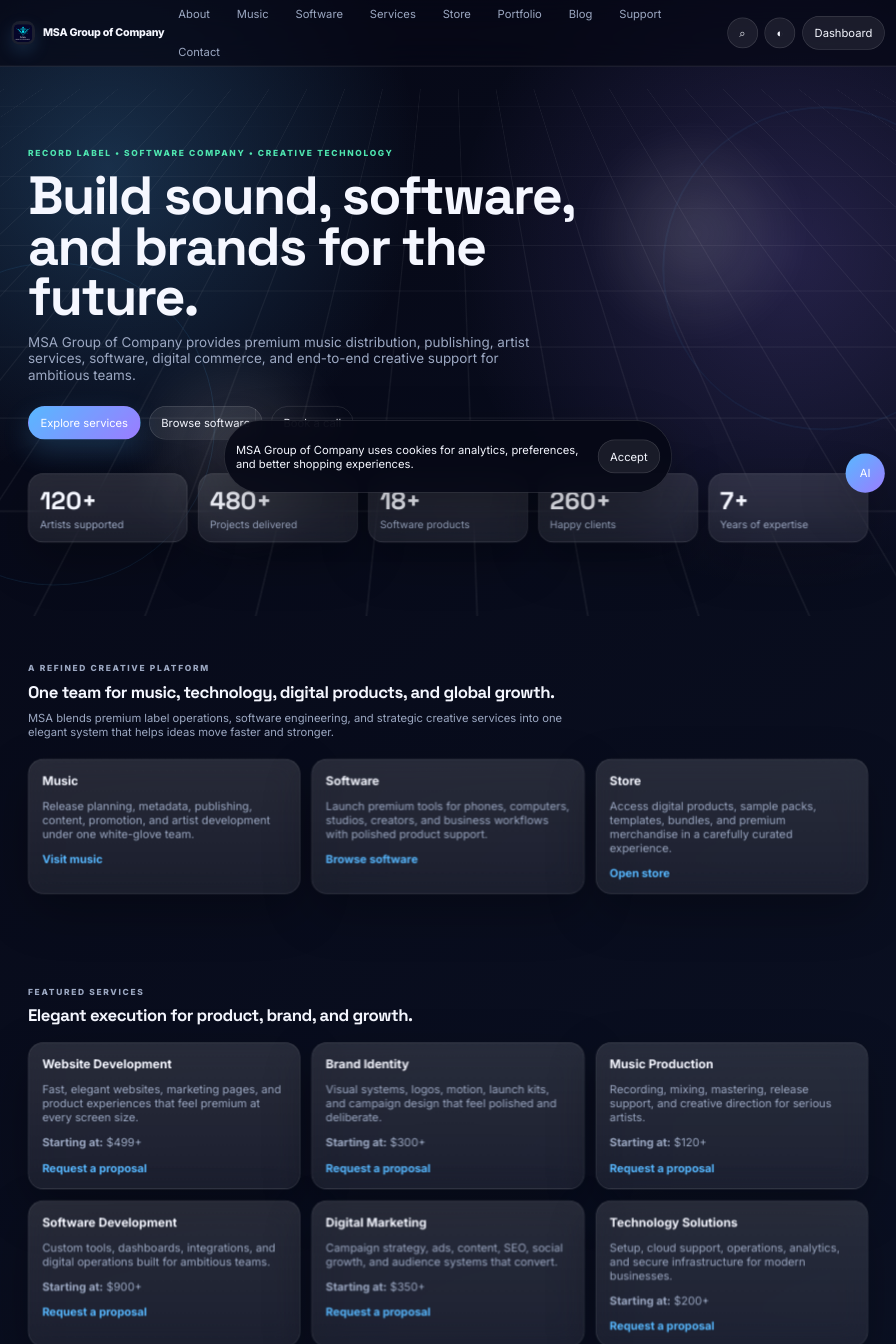
Repository: wifiasert/MSA-Group-of-Company
Page: index.html
These files come from the project's save history. The page is drawn as it stood at one moment and after the next save; the edit follows.
The browser window is 1280 px wide. The pictures show the part of the page from y = 0 to 1920 px (the page is 3009 px tall), at 70% of full size.

Above is the page before, as saved 2026-07-10 03:03:48.

### index.html
<!doctype html>
<html lang="en">
<head>
  <meta charset="utf-8">
  <meta name="viewport" content="width=device-width, initial-scale=1">
  <title>MSA Group of Company | Premium Music, Software & Creative Technology</title>
  <meta name="description" content="MSA Group of Company delivers premium music services, software products, creative production and technology solutions for artists and modern businesses.">
  <meta name="theme-color" content="#060816">
  <meta property="og:title" content="MSA Group of Company">
  <meta property="og:description" content="A futuristic platform for music, software, design and digital growth.">
  <meta property="og:type" content="website">
  <meta property="og:image" content="/assets/og-preview.svg">
  <link rel="manifest" href="/manifest.webmanifest">
  <link rel="icon" href="/assets/favicon.svg" type="image/svg+xml">
  <link rel="preconnect" href="https://fonts.googleapis.com">
  <link rel="preconnect" href="https://fonts.gstatic.com" crossorigin>
  <link href="https://fonts.googleapis.com/css2?family=Inter:wght@400;500;600;700;800;900&family=Space+Grotesk:wght@500;600;700&display=swap" rel="stylesheet">
  <link rel="stylesheet" href="/styles.css">
</head>
<body>
  <div class="loader" id="loader"><span>MSA</span></div>
  <a class="skip-link" href="#main">Skip to content</a>
  <header class="site-header">
    <nav class="nav-shell" aria-label="Primary navigation">
      <a class="brand" href="/" aria-label="MSA Group of Company home"><img class="brand-logo" src="/images/logo%20n%20copy.jpg" alt="MSA Group of Company logo"><span class="brand-text">MSA Group of Company</span></a>
      <button class="icon-button nav-toggle" type="button" aria-label="Open navigation" aria-expanded="false">☰</button>
      <div class="nav-links" id="navLinks">
        <div class="nav-item"><a href="/about/">About</a></div>
        <div class="nav-item"><a href="/music/">Music</a><div class="submenu"><a href="/music/record-label/">Record Label</a><a href="/music/distribution/">Distribution</a><a href="/music/publishing/">Publishing</a><a href="/music/artist-services/">Artist Services</a></div></div>
        <div class="nav-item"><a href="/software/">Software</a><div class="submenu"><a href="/software/available/">Available</a><a href="/software/store/">Store</a><a href="/software/coming-soon/">Coming Soon</a></div></div>
        <div class="nav-item"><a href="/services/">Services</a></div>
        <div class="nav-item"><a href="/store/">Store</a></div>
        <div class="nav-item"><a href="/portfolio/">Portfolio</a></div>
        <div class="nav-item"><a href="/blog/">Blog</a></div>
        <div class="nav-item"><a href="/support/">Support</a></div>
        <div class="nav-item"><a href="/contact/">Contact</a></div>
      </div>
      <div class="nav-actions"><button class="icon-button" id="searchOpen" type="button" aria-label="Open search">⌕</button><button class="icon-button" id="themeToggle" type="button" aria-label="Toggle theme">◐</button><a class="pill-button" href="/dashboard/">Dashboard</a></div>
    </nav>
  </header>
  <main id="main">
    <section class="hero">
      <div class="hero-background" aria-hidden="true"><div class="grid-plane"></div><div class="signal signal-a"></div><div class="signal signal-b"></div><div class="orb orb-a"></div><div class="orb orb-b"></div></div>
      <div class="hero-content">
        <p class="eyebrow">Record label • Software company • Creative technology</p>
        <h1>Build sound, software, and brands for the future.</h1>
        <p class="hero-copy">MSA Group of Company provides premium music distribution, publishing, artist services, software, digital commerce, and end-to-end creative support for ambitious teams.</p>
        <div class="hero-actions"><a class="primary-button" href="/services/">Explore services</a><a class="secondary-button" href="/software/">Browse software</a><a class="ghost-button" href="/contact/">Book a call</a></div>
        <div class="counter-grid" aria-label="Company statistics"><div class="glass-panel"><strong data-count="120">0</strong><span>Artists supported</span></div><div class="glass-panel"><strong data-count="480">0</strong><span>Projects delivered</span></div><div class="glass-panel"><strong data-count="18">0</strong><span>Software products</span></div><div class="glass-panel"><strong data-count="260">0</strong><span>Happy clients</span></div><div class="glass-panel"><strong data-count="7">0</strong><span>Years of expertise</span></div></div>
      </div>
    </section>
    <section class="section reveal">
      <div class="section-heading"><p class="eyebrow">A refined creative platform</p><h2>One team for music, technology, digital products, and global growth.</h2><p>MSA blends premium label operations, software engineering, and strategic creative services into one elegant system that helps ideas move faster and stronger.</p></div>
      <div class="card-grid"><article class="glass-card"><h3>Music</h3><p>Release planning, metadata, publishing, content, promotion, and artist development under one white-glove team.</p><a class="inline-link" href="/music/">Visit music</a></article><article class="glass-card"><h3>Software</h3><p>Launch premium tools for phones, computers, studios, creators, and business workflows with polished product support.</p><a class="inline-link" href="/software/">Browse software</a></article><article class="glass-card"><h3>Store</h3><p>Access digital products, sample packs, templates, bundles, and premium merchandise in a carefully curated experience.</p><a class="inline-link" href="/store/">Open store</a></article></div>
    </section>
    <section class="section reveal"><div class="section-heading"><p class="eyebrow">Featured services</p><h2>Elegant execution for product, brand, and growth.</h2></div><div class="card-grid" id="serviceGrid"></div></section>
    <section class="section reveal"><div class="section-heading"><p class="eyebrow">Software launchpad</p><h2>Premium tools that feel polished from first install to daily use.</h2></div><div class="card-grid" id="softwareGrid"></div></section>
    <section class="section reveal"><div class="section-heading"><p class="eyebrow">Client experience</p><h2>Everything you need to submit, shop, manage, and grow in one place.</h2></div><div class="content-grid"><article class="glass-card"><h3>Submit music</h3><p>Share your next release with a professional team that understands global rollout, branding, and audience growth.</p><a class="secondary-button" href="/music/artist-services/">Join the label</a></article><article class="glass-card"><h3>Open a dashboard</h3><p>Manage orders, subscriptions, downloads, ticket support, and account details from a calm and secure panel.</p><a class="secondary-button" href="/dashboard/">Open dashboard</a></article><article class="glass-card"><h3>Stay in the loop</h3><p>Read product updates, music insights, and creative strategy pieces from the MSA editorial desk.</p><a class="secondary-button" href="/blog/">Read blog</a></article></div></section>
  </main>
  <footer class="site-footer">
    <div><a class="brand" href="/" aria-label="MSA Group of Company home"><img class="brand-logo" src="/images/logo%20n%20copy.jpg" alt="MSA Group of Company logo"><span class="brand-text">MSA Group of Company</span></a><p>Music, software, creative production, digital commerce, and technology solutions.</p></div>
    <form class="newsletter" data-form="newsletter"><label>Newsletter<input required type="email" placeholder="Email address"></label><button class="secondary-button" type="submit">Subscribe</button></form>
  </footer>
  <dialog class="modal" id="searchModal"><button class="icon-button close-modal" data-close type="button">×</button><h2>Search MSA Group of Company</h2><input id="siteSearch" placeholder="Search services, products, support, blog..."><div id="searchResults" class="search-results"></div></dialog>
  <div class="chatbot" id="chatbot"><button class="chat-toggle" id="chatToggle" type="button">AI</button><div class="chat-window" aria-live="polite"><strong>MSA AI Support</strong><div id="chatLog"><p>Ask about software, music submissions, orders, or services.</p></div><form id="chatForm"><input id="chatInput" placeholder="Type a question..."><button type="submit">Send</button></form></div></div>
  <div class="cookie" id="cookieBanner"><p>MSA Group of Company uses cookies for analytics, preferences, and better shopping experiences.</p><button class="secondary-button" id="cookieAccept" type="button">Accept</button></div>
  <div class="toast" id="toast" role="status" aria-live="polite"></div>
  <script src="/app.js"></script>
</body>
</html>

### styles.css
:root {
  color-scheme: dark;
  --bg: #060816;
  --bg-2: #0c1327;
  --panel: rgba(255,255,255,.08);
  --panel-strong: rgba(255,255,255,.13);
  --line: rgba(255,255,255,.14);
  --text: #f5f7ff;
  --muted: #9ca8c2;
  --accent: #58b8ff;
  --accent-2: #9b7cff;
  --accent-3: #ff57c4;
  --good: #4fe6b0;
  --shadow: 0 25px 70px rgba(0,0,0,.28);
  --radius: 22px;
  font-family: Inter, ui-sans-serif, system-ui, -apple-system, BlinkMacSystemFont, "Segoe UI", sans-serif;
}
body.light {
  color-scheme: light;
  --bg: #f4f7ff;
  --bg-2: #ffffff;
  --panel: rgba(6,13,31,.06);
  --panel-strong: rgba(6,13,31,.1);
  --line: rgba(6,13,31,.12);
  --text: #07111f;
  --muted: #536274;
  --shadow: 0 24px 70px rgba(11,24,49,.12);
}
* { box-sizing: border-box; }
html { scroll-behavior: smooth; }
body {
  margin: 0;
  min-height: 100vh;
  color: var(--text);
  background:
    radial-gradient(circle at 12% 8%, rgba(88,184,255,.22), transparent 28rem),
    radial-gradient(circle at 88% 12%, rgba(155,124,255,.20), transparent 30rem),
    linear-gradient(145deg, var(--bg), var(--bg-2));
  line-height: 1.6;
}
body, button, input, textarea { font: inherit; }
a { color: inherit; text-decoration: none; }
button { cursor: pointer; }
img { max-width: 100%; display: block; height: auto; }
main { overflow-x: hidden; }
body { overflow-x: hidden; }
:focus-visible { outline: 2px solid var(--accent); outline-offset: 3px; }
.skip-link {
  position: fixed; left: 1rem; top: -4rem; z-index: 200; background: linear-gradient(135deg, var(--accent), var(--accent-2));
  color: white; padding: .75rem 1rem; border-radius: 999px; transition: top .2s ease;
}
.skip-link:focus { top: 1rem; }
.loader {
  position: fixed; inset: 0; z-index: 1000; display: grid; place-items: center; background: rgba(6,8,22,.96); backdrop-filter: blur(18px);
  transition: opacity .45s ease, visibility .45s ease;
}
.loader.hidden { opacity: 0; visibility: hidden; }
.loader span {
  font-family: "Space Grotesk", sans-serif; font-size: clamp(2.2rem, 6vw, 4rem); font-weight: 700;
  background: linear-gradient(135deg, var(--accent), var(--accent-2), var(--accent-3));
  -webkit-background-clip: text; color: transparent;
}
.site-header {
  position: sticky; top: 0; z-index: 200; backdrop-filter: blur(22px); background: rgba(6,8,22,.7); border-bottom: 1px solid var(--line);
}
body.light .site-header { background: rgba(244,247,255,.78); }
.nav-shell {
  width: min(1280px, calc(100% - 2rem)); min-height: 74px; margin: 0 auto; display: flex; align-items: center; gap: 1rem;
}
.brand {
  display: inline-flex; align-items: center; gap: .72rem; font-weight: 800; letter-spacing: -.02em; white-space: nowrap;
}
.brand-logo {
  width: 34px; height: 34px; object-fit: contain; border-radius: 12px; padding: .22rem; background: rgba(255,255,255,.08); box-shadow: 0 10px 24px rgba(88,184,255,.16);
}
.brand-text { line-height: 1.1; font-size: .95rem; }
.nav-links { display: flex; align-items: center; gap: .8rem; margin-left: auto; flex-wrap: wrap; }
.nav-item { position: relative; }
.nav-item > a, .submenu a { display: inline-flex; align-items: center; padding: .65rem .8rem; border-radius: 999px; color: var(--muted); transition: background .2s ease, color .2s ease; }
.nav-item:hover > a, .nav-item:focus-within > a, .submenu a:hover { background: rgba(255,255,255,.08); color: var(--text); }
.submenu {
  position: absolute; top: calc(100% + .45rem); left: 0; display: grid; gap: .25rem; min-width: 180px; padding: .55rem; border: 1px solid var(--line);
  border-radius: 18px; background: rgba(6,8,22,.9); box-shadow: var(--shadow); backdrop-filter: blur(18px); opacity: 0; visibility: hidden; transform: translateY(8px);
  transition: all .2s ease;
}
.nav-item:hover .submenu, .nav-item:focus-within .submenu { opacity: 1; visibility: visible; transform: translateY(0); }
.nav-actions { display: flex; align-items: center; gap: .6rem; }
.icon-button, .pill-button, .secondary-button, .primary-button, .ghost-button, .tab, .chip {
  border: 1px solid var(--line); border-radius: 999px; background: var(--panel); color: var(--text); transition: transform .2s ease, background .2s ease, border-color .2s ease;
}
.icon-button:hover, .pill-button:hover, .secondary-button:hover, .primary-button:hover, .ghost-button:hover, .tab:hover, .chip:hover { transform: translateY(-1px); }
.icon-button { width: 44px; height: 44px; display: grid; place-items: center; }
.pill-button, .secondary-button, .primary-button, .ghost-button { display: inline-flex; align-items: center; justify-content: center; gap: .5rem; min-height: 48px; padding: .8rem 1.05rem; }
.primary-button { background: linear-gradient(135deg, var(--accent), var(--accent-2)); color: white; border-color: transparent; box-shadow: 0 16px 40px rgba(88,184,255,.2); }
.secondary-button { background: rgba(255,255,255,.08); }
.ghost-button { background: transparent; }
.nav-toggle { display: none; }
.hero { position: relative; isolation: isolate; min-height: calc(100vh - 74px); display: grid; align-items: center; padding: 4rem 0; }
.hero-background {
  position: absolute; inset: 0; z-index: -1; overflow: hidden; opacity: .95;
}
.grid-plane {
  position: absolute; inset: 4% -8% -12%; background-image: linear-gradient(var(--line) 1px, transparent 1px), linear-gradient(90deg, var(--line) 1px, transparent 1px);
  background-size: 54px 54px; transform: perspective(800px) rotateX(64deg); transform-origin: top; opacity: .45;
}
.signal, .orb {
  position: absolute; border-radius: 50%; filter: blur(.2px);
}
.signal { width: 36vw; aspect-ratio: 1; border: 1px solid rgba(88,184,255,.19); }
.signal-a { right: -10vw; top: 8vh; }
.signal-b { left: -12vw; bottom: 6vh; }
.orb { width: 20rem; height: 20rem; background: radial-gradient(circle, rgba(255,255,255,.16), transparent 70%); filter: blur(30px); }
.orb-a { top: 10%; right: 10%; }
.orb-b { bottom: 10%; left: 14%; }
.hero-content, .section, .site-footer { width: min(1200px, calc(100% - 2rem)); margin: 0 auto; }
.hero-content { padding: 3rem 0 2.5rem; }
.hero h1, .page-hero h1, .section h2 { font-family: "Space Grotesk", sans-serif; line-height: .95; margin: 0 0 1rem; letter-spacing: -.03em; }
.hero h1 { font-size: clamp(2.8rem, 6vw, 5.7rem); max-width: 900px; }
.page-hero { padding: 4rem 0 2rem; }
.page-hero h1 { font-size: clamp(2.2rem, 4.8vw, 3.2rem); }
.eyebrow {
  display: inline-flex; margin: 0 0 .95rem; color: var(--good); text-transform: uppercase; letter-spacing: .2em; font-weight: 800; font-size: .75rem;
}
.hero-copy, .section p, .glass-card p, .detail-card p, .table-card p, .form-card p, .stack p { color: var(--muted); }
.hero-copy { max-width: 760px; font-size: clamp(1.02rem, 2.1vw, 1.2rem); margin: 0; }
.hero-actions { display: flex; flex-wrap: wrap; gap: .75rem; margin-top: 2rem; }
.counter-grid { display: grid; grid-template-columns: repeat(5, minmax(0, 1fr)); gap: .9rem; margin-top: 3rem; }
.glass-panel, .glass-card, .detail-card, .table-card, .form-card, .stack { border: 1px solid var(--line); background: linear-gradient(180deg, var(--panel-strong), var(--panel)); backdrop-filter: blur(20px); border-radius: var(--radius); box-shadow: var(--shadow); }
.glass-panel { padding: 1rem; }
.counter-grid strong { display: block; font-size: clamp(1.5rem, 2.8vw, 2.2rem); font-family: "Space Grotesk", sans-serif; }
.counter-grid span { color: var(--muted); font-size: .92rem; }
.section { padding: 4rem 0; }
.section-heading { max-width: 820px; margin-bottom: 1.7rem; }
.card-grid, .content-grid, .detail-grid, .hero-grid { display: grid; gap: 1rem; }
.card-grid { grid-template-columns: repeat(3, minmax(0, 1fr)); }
.content-grid { grid-template-columns: repeat(3, minmax(0, 1fr)); }
.detail-grid { grid-template-columns: repeat(2, minmax(0, 1fr)); }
.hero-grid { grid-template-columns: 1.2fr .8fr; align-items: start; }
.glass-card, .detail-card, .form-card, .stack { padding: 1.2rem; }
.glass-card h3, .detail-card h3, .table-card h3, .form-card h3, .stack h3 { margin: 0 0 .45rem; font-size: 1.08rem; }
.inline-link { color: var(--accent); font-weight: 700; }
.list-stack { display: grid; gap: .7rem; margin-top: .7rem; }
.list-stack div { display: flex; justify-content: space-between; gap: 1rem; padding-bottom: .6rem; border-bottom: 1px solid var(--line); }
.form-grid { display: grid; grid-template-columns: repeat(2, minmax(0, 1fr)); gap: 1rem; }
.full { grid-column: 1 / -1; }
label { display: grid; gap: .45rem; color: var(--muted); font-size: .92rem; font-weight: 700; }
input, textarea, select { width: 100%; border: 1px solid var(--line); border-radius: 16px; background: rgba(255,255,255,.06); color: var(--text); padding: .85rem .95rem; outline: none; }
body.light input, body.light textarea, body.light select { background: rgba(255,255,255,.82); }
input:focus, textarea:focus, select:focus { border-color: var(--accent); }
.table-card { padding: 0; overflow: hidden; }
.table-card table { width: 100%; border-collapse: collapse; }
.table-card th, .table-card td { padding: .95rem 1rem; text-align: left; border-bottom: 1px solid var(--line); }
.table-card th { color: var(--muted); font-size: .8rem; text-transform: uppercase; letter-spacing: .16em; }
.table-card tbody tr:hover { background: rgba(255,255,255,.05); }
.chip { display: inline-flex; padding: .35rem .7rem; font-size: .8rem; color: var(--good); background: rgba(79,230,176,.12); }
.site-footer { display: flex; justify-content: space-between; gap: 1rem; padding: 2rem 0 3rem; align-items: center; }
.newsletter { display: flex; gap: .7rem; align-items: center; }
.newsletter input { min-width: 280px; }
.modal {
  width: min(720px, calc(100% - 2rem)); padding: 1.2rem; border: 1px solid var(--line); border-radius: 24px; background: rgba(6,8,22,.95); color: var(--text); box-shadow: var(--shadow);
}
body.light .modal { background: rgba(244,247,255,.96); }
.modal::backdrop { background: rgba(3,5,12,.72); backdrop-filter: blur(8px); }
.close-modal { position: absolute; top: 1rem; right: 1rem; }
.modal h2 { margin-top: .4rem; }
.search-results { display: grid; gap: .65rem; margin-top: 1rem; }
.search-results a { display: block; padding: .8rem .9rem; border: 1px solid var(--line); border-radius: 16px; background: rgba(255,255,255,.06); }
.chatbot { position: fixed; right: 1rem; bottom: 1rem; z-index: 250; }
.chat-toggle { width: 56px; height: 56px; border: 0; border-radius: 50%; background: linear-gradient(135deg, var(--accent), var(--accent-2)); color: white; box-shadow: var(--shadow); }
.chat-window { display: none; width: min(320px, calc(100vw - 2rem)); padding: 1rem; border: 1px solid var(--line); border-radius: 20px; background: rgba(6,8,22,.95); box-shadow: var(--shadow); margin-bottom: .7rem; }
.chatbot.open .chat-window { display: block; }
#chatLog { display: grid; gap: .6rem; margin: 1rem 0; font-size: .92rem; }
.cookie { position: fixed; left: 50%; bottom: 1rem; transform: translateX(-50%); z-index: 240; display: flex; gap: 1rem; align-items: center; padding: .95rem 1rem; border: 1px solid var(--line); border-radius: 999px; background: rgba(6,8,22,.9); backdrop-filter: blur(18px); box-shadow: var(--shadow); }
.cookie.hidden { display: none; }
.toast {
  position: fixed; left: 50%; bottom: 7rem; transform: translateX(-50%) translateY(12px); opacity: 0; visibility: hidden; padding: .8rem 1rem; border-radius: 999px;
  background: rgba(6,8,22,.92); border: 1px solid var(--line); transition: all .2s ease; z-index: 260;
}
.toast.show { opacity: 1; visibility: visible; transform: translateX(-50%) translateY(0); }
.reveal { opacity: 0; transform: translateY(18px); transition: opacity .55s ease, transform .55s ease; }
.reveal.visible { opacity: 1; transform: translateY(0); }
@media (max-width: 1024px) {
  .counter-grid { grid-template-columns: repeat(3, minmax(0, 1fr)); }
  .hero-grid, .detail-grid { grid-template-columns: 1fr; }
}
@media (max-width: 980px) {
  .card-grid, .content-grid, .detail-grid, .hero-grid, .counter-grid { grid-template-columns: 1fr 1fr; }
  .site-footer, .newsletter { flex-direction: column; align-items: flex-start; }
}
@media (max-width: 760px) {
  .nav-shell { width: min(1280px, calc(100% - 1.25rem)); min-height: auto; padding: .7rem 0; }
  .nav-toggle { display: inline-flex; margin-left: auto; }
  .nav-links {
    position: fixed; inset: 76px 1rem auto 1rem; display: none; padding: 1rem; border: 1px solid var(--line); border-radius: 24px; background: rgba(6,8,22,.96); backdrop-filter: blur(24px); z-index: 210; max-height: calc(100dvh - 90px); overflow-y: auto;
  }
  .nav-links.open { display: grid; }
  .nav-item > a, .submenu a { padding: .75rem .85rem; }
  .nav-item:hover .submenu, .nav-item:focus-within .submenu { position: static; display: grid; opacity: 1; visibility: visible; transform: none; margin: .25rem 0 0 .4rem; }
  .nav-actions { margin-left: auto; }
  .hero { min-height: auto; padding: 2rem 0 1.25rem; }
  .hero-content, .section, .site-footer { width: min(100%, calc(100% - 1.25rem)); }
  .hero h1 { font-size: clamp(2.3rem, 10vw, 3.3rem); }
  .hero-copy { font-size: 1rem; }
  .hero-actions { flex-direction: column; align-items: flex-start; }
  .card-grid, .content-grid, .detail-grid, .hero-grid, .counter-grid, .form-grid { grid-template-columns: 1fr; }
  .glass-card, .glass-panel, .detail-card, .table-card, .form-card, .stack { padding: 1rem; border-radius: 20px; }
  .site-footer { padding-bottom: 6rem; }
  .cookie { left: .75rem; right: .75rem; bottom: .75rem; transform: none; border-radius: 24px; flex-wrap: wrap; }
  .newsletter input { min-width: 0; width: 100%; }
  .chatbot { right: .75rem; bottom: .75rem; }
}
@media (max-width: 480px) {
  .brand { gap: .55rem; }
  .brand-logo { width: 38px; height: 38px; }
  .nav-actions .icon-button:nth-child(2) { display: none; }
  .hero-actions .primary-button, .hero-actions .secondary-button, .hero-actions .ghost-button { width: 100%; }
  .counter-grid { grid-template-columns: 1fr; }
}

Loaded but not shown: app.js (172 lines, source omitted)

After the next save:
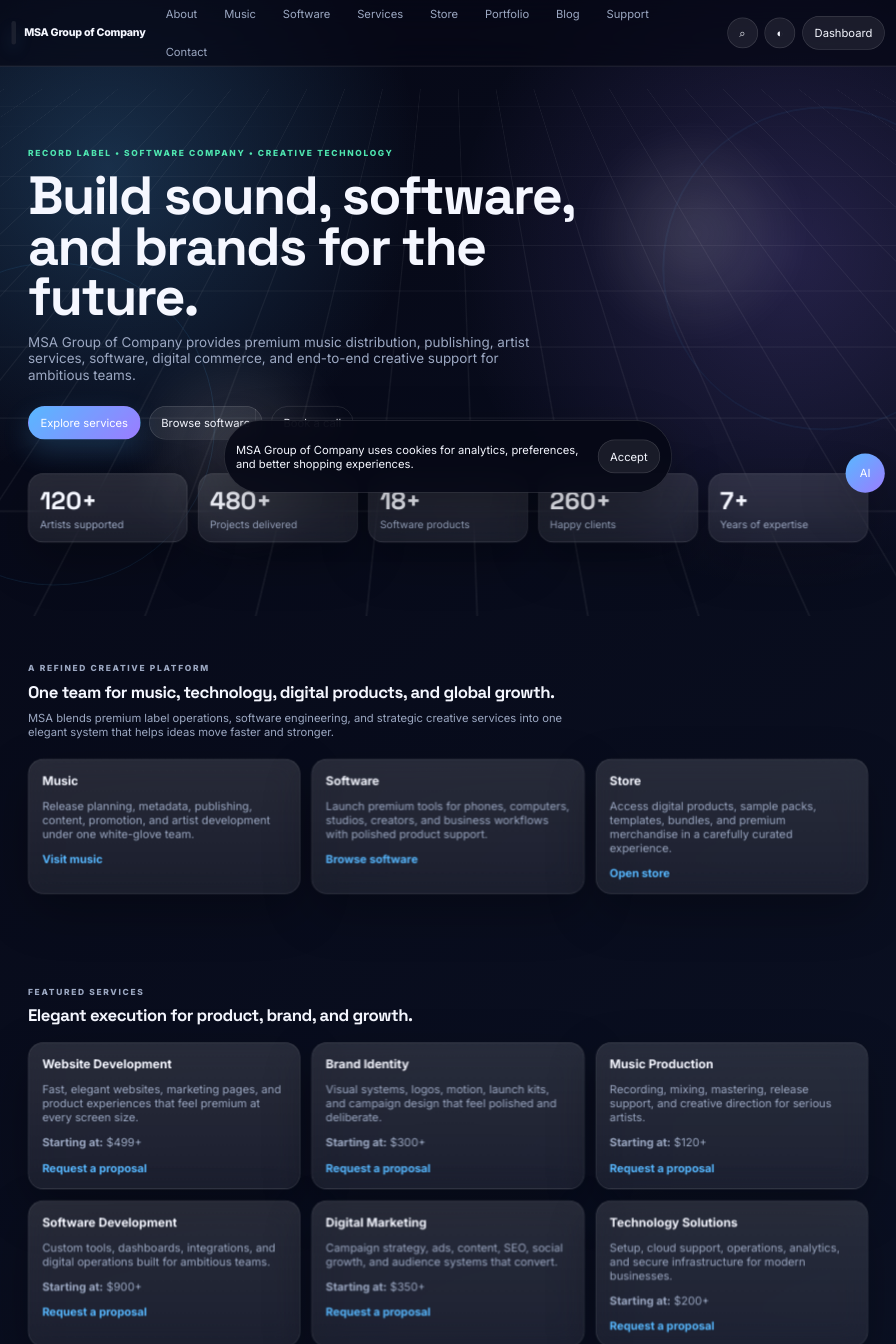
Saved 99 s later.
--- a/styles.css
+++ b/styles.css
@@ -71,7 +71,7 @@
   display: inline-flex; align-items: center; gap: .72rem; font-weight: 800; letter-spacing: -.02em; white-space: nowrap;
 }
 .brand-logo {
-  width: 34px; height: 34px; object-fit: contain; border-radius: 12px; padding: .22rem; background: rgba(255,255,255,.08); box-shadow: 0 10px 24px rgba(88,184,255,.16);
+  width: 3px; height: 34px; object-fit: contain; border-radius: 12px; padding: .22rem; background: rgba(255,255,255,.08); box-shadow: 0 10px 24px rgba(88,184,255,.16);
 }
 .brand-text { line-height: 1.1; font-size: .95rem; }
 .nav-links { display: flex; align-items: center; gap: .8rem; margin-left: auto; flex-wrap: wrap; }
